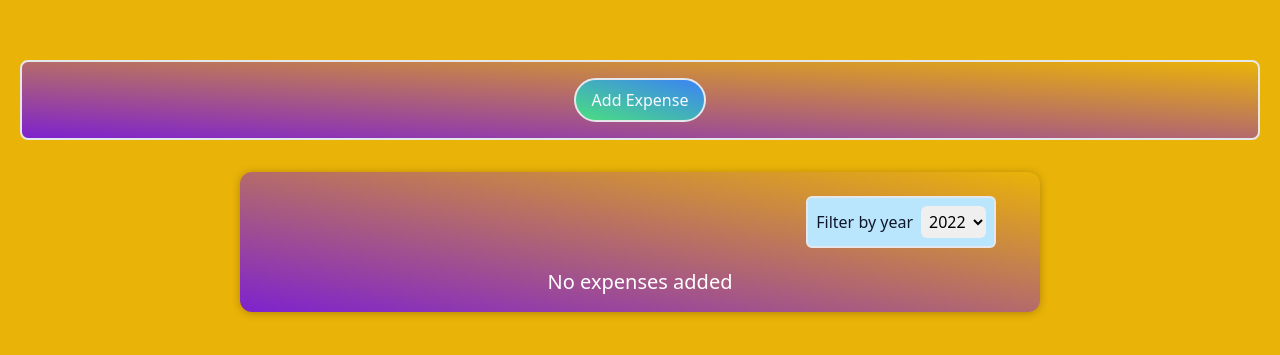
Repository: Sef24/expense-tracker
Page: /
These files come from the project's save history. The page is drawn as it stood at one moment and after the next save; the edit follows.
The browser window is 1280 px wide. The pictures show the whole page.
The project was rebuilt for these pictures with package versions that can differ from the ones it lists, and the page was loaded fresh each time. Also part of the build but not shown: src/components/ExpenseItem.css, src/components/ExpenseDate.css, src/components/ExpenseDate.js, src/components/ExpenseItem.js, src/components/NewExpense/NewExpense.css, src/components/NewExpense/ExpenseForm.css, src/components/NewExpense/ExpenseForm.js.

Above is the page before, as saved 2022-05-03 20:50:25.

After the next save:
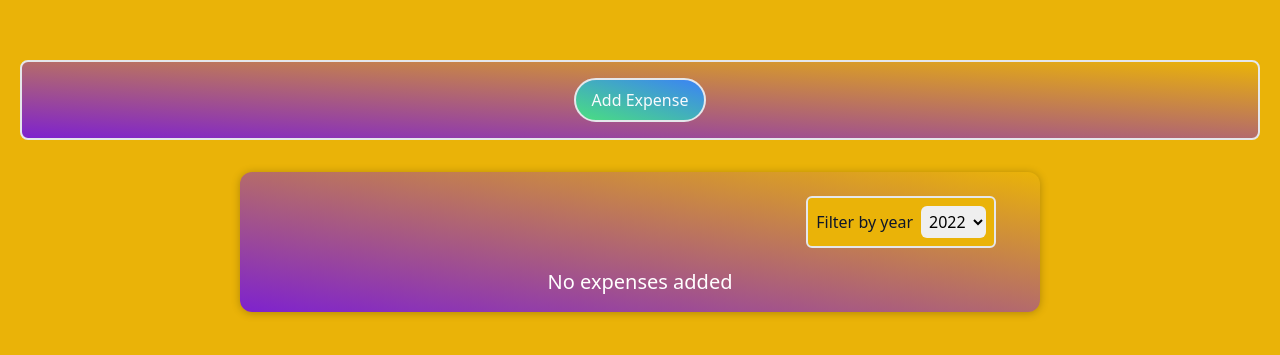
Saved 6 s later.
--- a/src/components/NewExpense/ExpensesFilter.js
+++ b/src/components/NewExpense/ExpensesFilter.js
@@ -9,7 +9,7 @@ const ExpensesFilter = (props) => {
       <div className="flex justify-end p-2 mr-5 ">
         <div
           className="border-2 rounded-md border-inherit p-2 ml-6
-        bg-sky-200 border-purple
+        bg-yellow-500 border-purple
         active:opacity-75 ..."
         >
           <label className="text-slate-900 font-normal mr-2">
